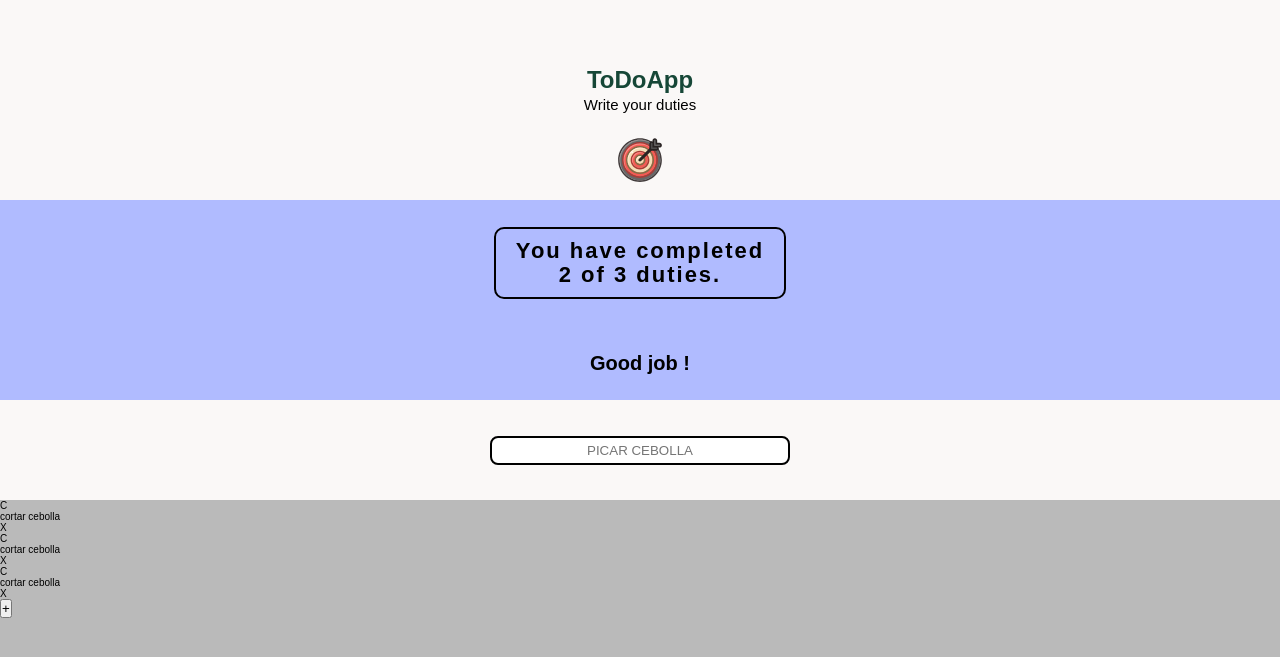
Repository: ChristianGecchelin/to-do-app
Page: /
The author's editor kept a copy of each file at every save. The page is drawn from the files as they stood at one save, then again after the next save.
The browser window is 1280 px wide. The pictures show the whole page.
The project was rebuilt for these pictures with package versions that can differ from the ones it lists, and the page was loaded fresh each time. Imported but missing from the stored project, and not drawn on this page: src/styles/ToDoList,css.

Above is the page before, as saved 2022-01-12 15:13:30.

### src/index.js
import React from "react";
import ReactDOM from "react-dom";
import App from "./App";
//import { ChakraProvider } from "@chakra-ui/react";
import "./index.css";

ReactDOM.render(<App />, document.getElementById("root"));

### src/App.js
import { ToDoCounter } from "./ToDoCounter";
import { ToDoSearch } from "./ToDoSearch";
import { ToDoList } from "./ToDoList";
import { CreateToDoButton } from "./CreateToDoButton";
import { ToDoItem } from "./ToDoItem";
import { Header } from "./Header";
// import './App.css';

const todos = [
  { text: "cortar cebolla", completed: false },
  { text: "cortar cebolla", completed: false },
  { text: "cortar cebolla", completed: false },
];

function App() {
  return (
    <>
      <Header />
      <ToDoCounter />
      {<ToDoSearch />}
      <ToDoList>
        {todos.map((todo) => (
          <ToDoItem key={todo.text} text={todo.text} />
        ))}
      </ToDoList>

      <CreateToDoButton />
    </>
  );
}

export default App;

### src/index.css
* {
  box-sizing: border-box;
  margin: 0;
  padding: 0;
}
html {
  font-size: 62.5%;
  font-family: "DM Sans", sans-serif;
}
body {
  background: #bababa;
}

### src/ToDoCounter.js
import "./styles/ToDoCounter.css";
function ToDoCounter() {
  return (
    <section className="counter-container">
      <div className="title-card">
        <h2 className="counter-title">
          You have completed <br />2 of 3 duties.
        </h2>
      </div>
      {/* como podria cambiar ese br? */}
      <p className="counter-congrats">Good job !</p>
    </section>
  );
}
export { ToDoCounter };
/* Modificar que sea variable la cantidad de tareas completadas, que el good job cambie cuando llevo menos de la mitad de tareas completadas. */

### src/ToDoSearch.js
import "./styles/ToDoSearch.css";
function ToDoSearch() {
  return (
    <section className="search-container">
      <input className="search-input" placeholder="Picar cebolla"></input>
    </section>
  );
}
export { ToDoSearch };

### src/ToDoList.js
import "./styles/ToDoList,css";
function ToDoList(props) {
  return (
    <section className="list-container">
      <ul> {props.children}</ul>
    </section>
  );
}
export { ToDoList };

### src/CreateToDoButton.js
function CreateToDoButton() {
  return <button>+</button>;
}
export { CreateToDoButton };

### src/ToDoItem.js
function ToDoItem(props) {
  return (
    <li className="list-item">
      <span className="check">C</span>
      <p className="text-item">{props.text}</p>
      <span className="delete">X</span>
    </li>
  );
}
export { ToDoItem };

### src/Header.js
import "./styles/header.css";
function Header() {
  return (
    <header>
      <h1>ToDoApp</h1>
      <h3>Write your duties</h3>
      <span></span>
    </header>
  );
}
export { Header };

### src/styles/ToDoCounter.css
.counter-container {
  display: flex;
  flex-direction: column;
  justify-content: space-around;
  align-items: center;
  width: 100%;
  min-width: 300px;
  height: 200px;
  margin: 0 auto;
  text-align: center;
  background: #b0bbff;
}
.title-card {
  border: 2px solid black;
  border-radius: 10px;
}
.counter-title {
  font-size: 2.2rem;
  font-weight: 700;
  line-height: 2.4rem;
  letter-spacing: 0.2rem;
  padding: 10px 20px;
}
.counter-congrats {
  font-size: 2rem;
  font-weight: 700;
  line-height: 2rem;
}

/* como funciona la especifidad en css en react? */

### src/styles/ToDoSearch.css
.search-container {
  display: flex;
  flex-direction: column;
  margin: 0 auto;
  justify-content: center;
  width: 100;
  min-width: 200px;
  height: 100px;
  text-align: center;
  background: #faf8f7;
}
.search-input {
  width: 60%;
  max-width: 300px;
  border: 2px solid black;
  border-radius: 8px;
  margin: 0 auto;
  text-align: center;
  padding: 5px 20px;
}
.search-input:focus {
  outline: none;
  border: 2px solid green;
  background: rgba(240, 239, 239, 0.7);
}
.search-input::placeholder {
  text-transform: uppercase;
}

### src/styles/header.css
header {
  position: relative;
  display: flex;
  flex-direction: column;
  justify-content: center;
  align-items: center;
  width: 100%;
  min-width: 320px;
  height: 200px;
  text-align: center;
  padding-bottom: 50px;
  background: #faf8f7;
}
header h1 {
  align-items: center;
  font-size: 2.4rem;
  font-weight: 700;
  line-height: 3rem;
  color: rgb(22, 71, 55);
  padding-top: 15px;
  padding-bottom: 5px;
  margin-top: 10px;
}
header h3 {
  align-items: center;
  font-size: 1.5rem;
  font-weight: 500;
  line-height: 1rem;
}
header span {
  position: absolute;
  top: 135px;
  background-image: url(../assets/header.svg);
  width: 50px;
  height: 50px;
  background-repeat: no-repeat;
  background-size: contain;
}
/*Falta completar con tipografias y colores, imagen span*/

### src/styles/ToDoList.css
.list-container {
  display: flex;
  flex-direction: column;
  justify-content: center;
  align-items: center;
}

Loaded but not shown: public/index.html (common file)

After the next save:
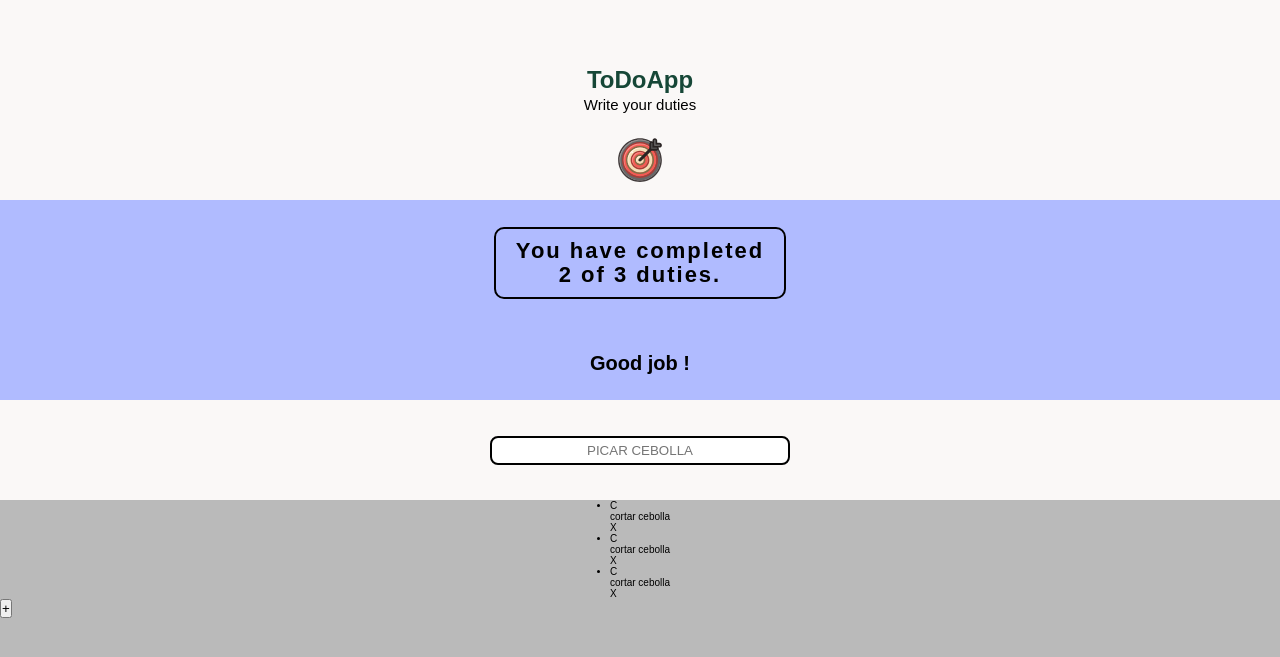
Saved 8 s later.
--- a/src/ToDoList.js
+++ b/src/ToDoList.js
@@ -1,4 +1,4 @@
-import "./styles/ToDoList,css";
+import "./styles/ToDoList.css";
 function ToDoList(props) {
   return (
     <section className="list-container">
